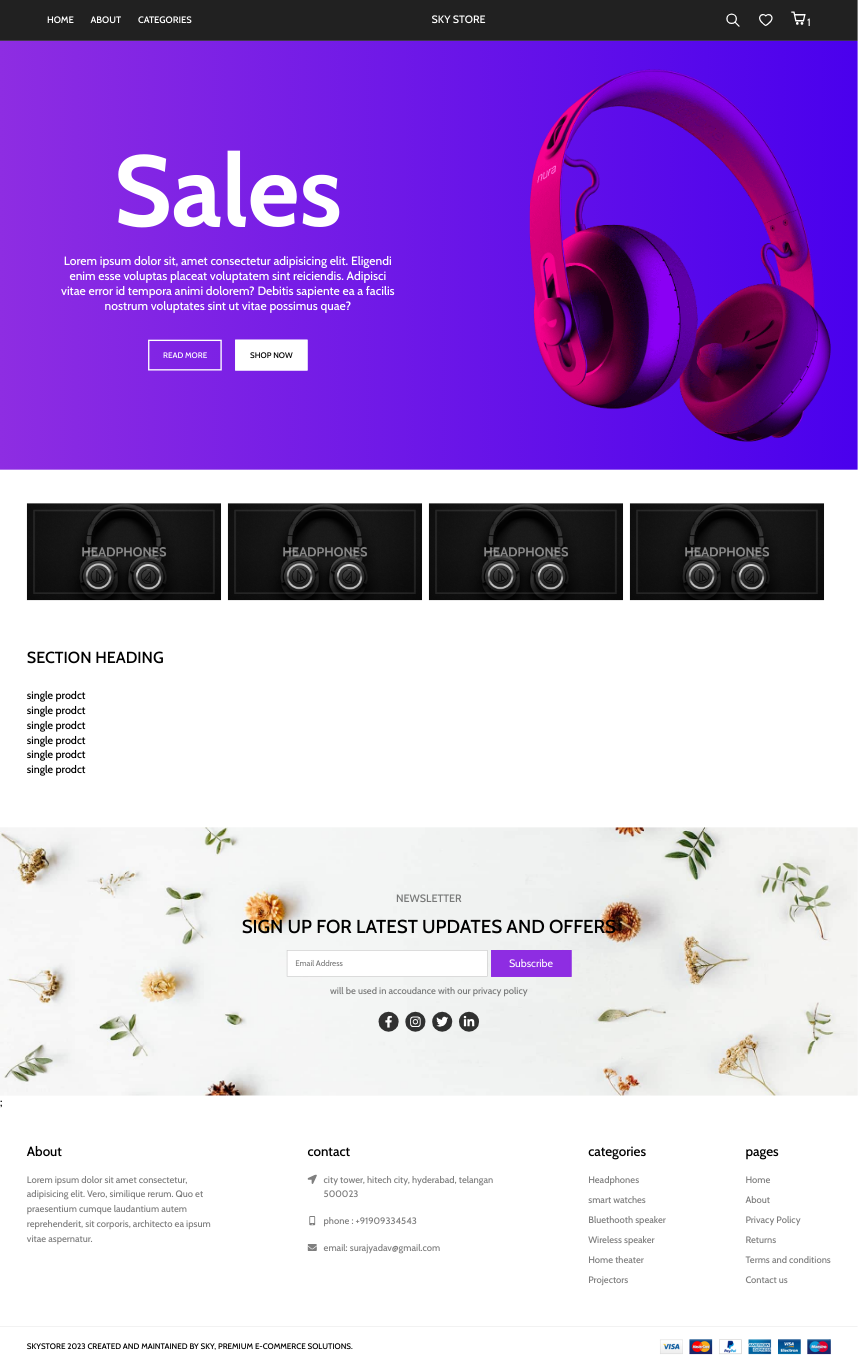
Repository: suraj-yadav7/ecommerce
Page: /
These files come from the project's save history. The page is drawn as it stood at one moment and after the next save; the edit follows.
The browser window is 1280 px wide. The pictures show the whole page, at 67% of full size.
The project was rebuilt for these pictures with package versions that can differ from the ones it lists, and the page was loaded fresh each time. Also part of the build but not shown: src/components/Products/Product/Product.scss, src/components/Category/Category.scss, src/components/Category/Category.jsx, src/components/SingleProduct/SingleProduct.scss, src/components/SingleProduct/SingleProduct.jsx, src/App.scss, src/components/Header/Search/Search.scss, src/components/Header/Search/Search.jsx and 2 more.

Above is the page before, as saved 2023-06-19 11:44:08.

After the next save:
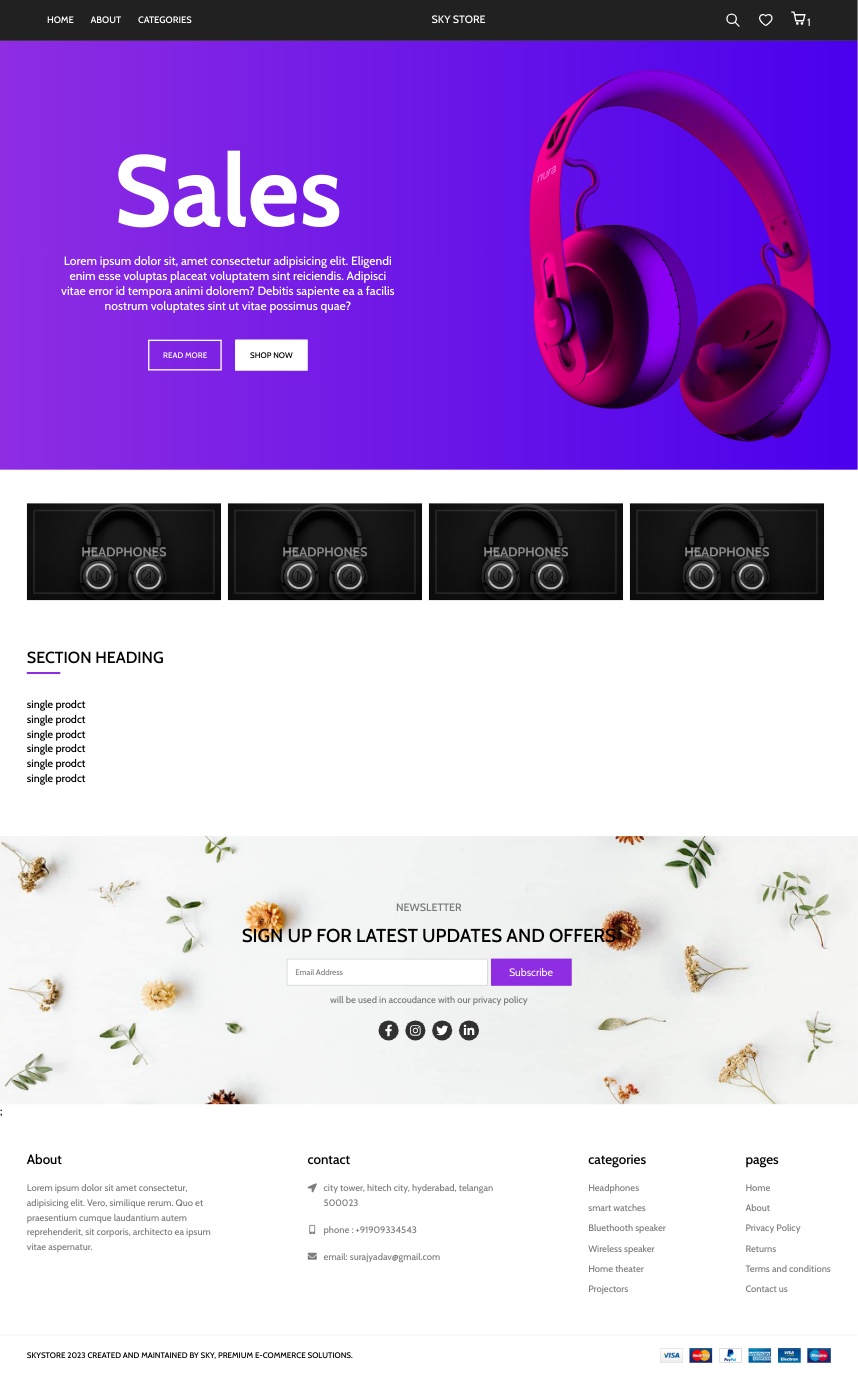
Saved 60 s later.
--- a/src/components/Products/Products.scss
+++ b/src/components/Products/Products.scss
@@ -18,6 +18,12 @@
             content: "";
             display: block;
             margin-top: 5px;
+            width: 50px;
+            height: 3px;
+            background-color: #8e2de2;
+            @include md{
+                margin-top: 10px;
+            }
         }
     }
 }
